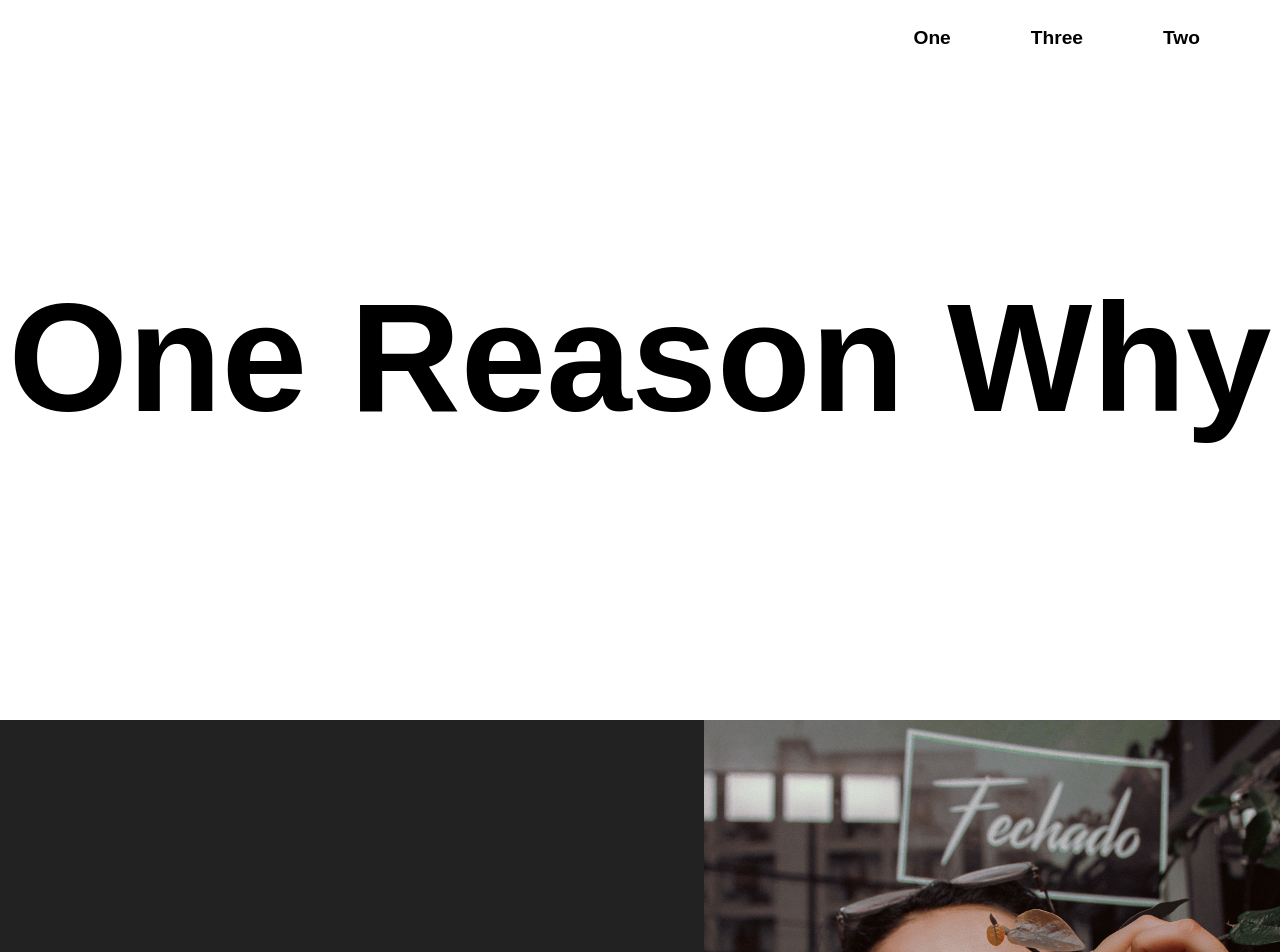
Repository: Imprasna/scrollmagic
Page: index.html
The author's editor kept a copy of each file at every save. The page is drawn from the files as they stood at one save, then again after the next save.
The browser window is 1280 px wide. The pictures show the part of the page from y = 0 to 952 px (the page is 2200 px tall).
A picture or video elsewhere on the page could not be fetched, so the positions and the page height are approximate. Some web fonts or font styles are not loaded; a fallback is used. Some web libraries are served in a nearby version.

Above is the page before, as saved 2021-10-26 01:27:09.

After the next save:
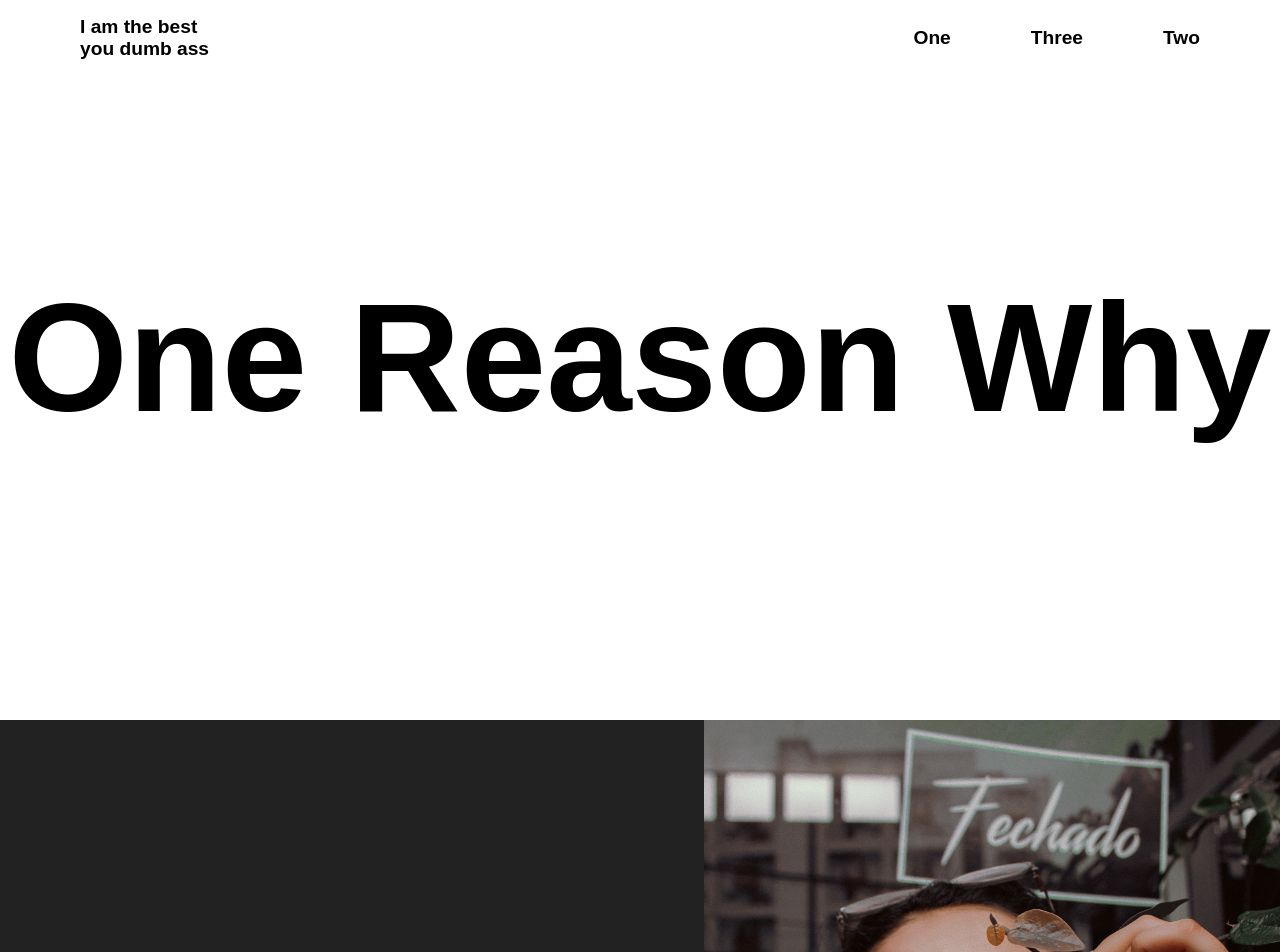
Console error: SyntaxError: Invalid or unexpected token
Saved 9 s later.
--- a/app.js
+++ b/app.js
@@ -11,9 +11,9 @@
 
 let tl2 = gsap.timeline({
     ScrollTrigger: {
-        trigger: '.home',
-        start: '0%',
-        end: '80%',
+        trigger: '.home",
+        start: '0%",
+        end: '80%",
         scrub: 1,
         pin: true,
     },

After the 2 saves that followed:
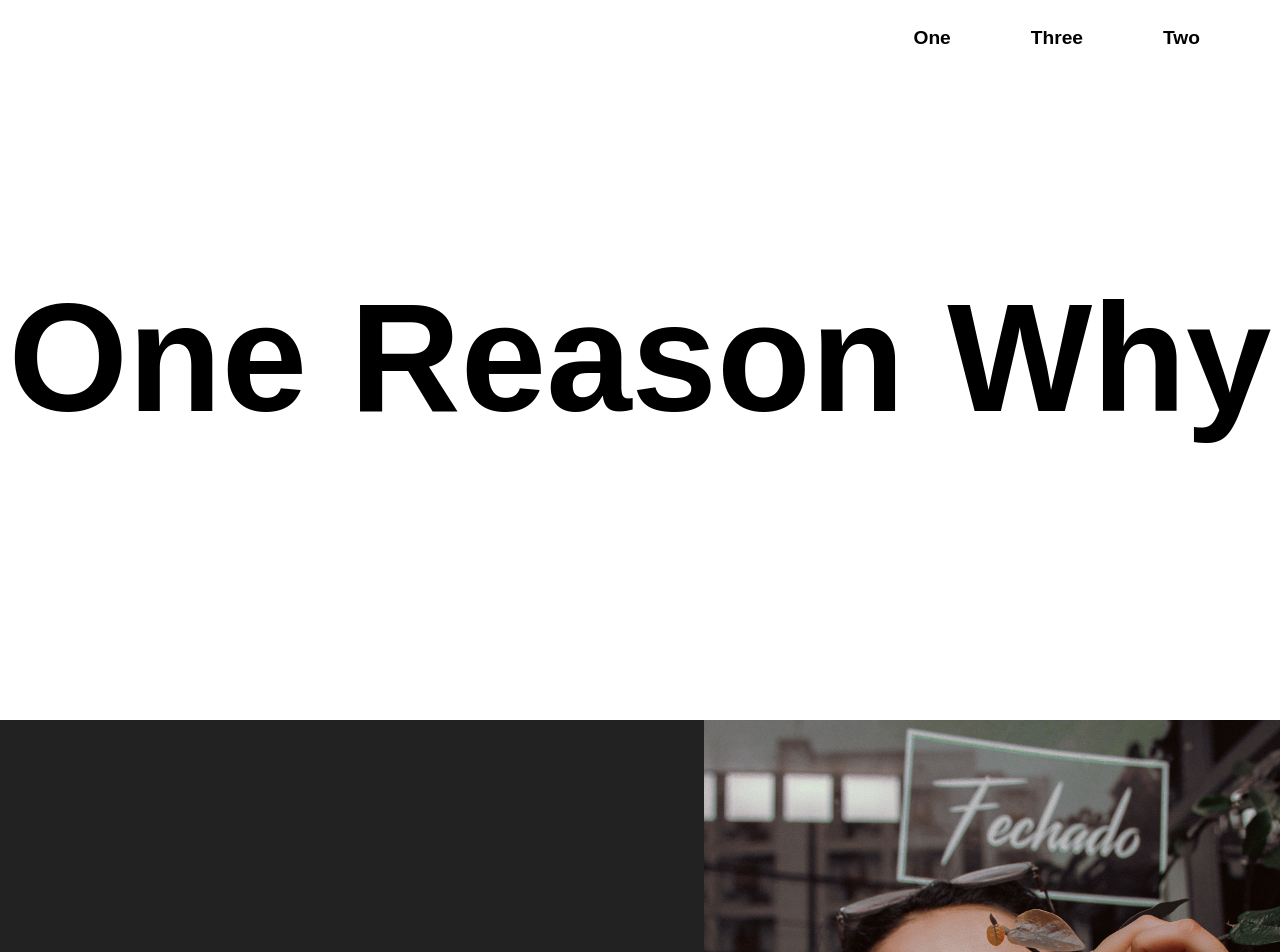
The error is gone.
The 2 saves are shown as one change because 1 left the picture as it was.
The last was saved 12 s later.
--- a/app.js
+++ b/app.js
@@ -11,9 +11,9 @@
 
 let tl2 = gsap.timeline({
     ScrollTrigger: {
-        trigger: '.home",
-        start: '0%",
-        end: '80%",
+        trigger: ".home",
+        start: "0%",
+        end: "80%",
         scrub: 1,
         pin: true,
     },
